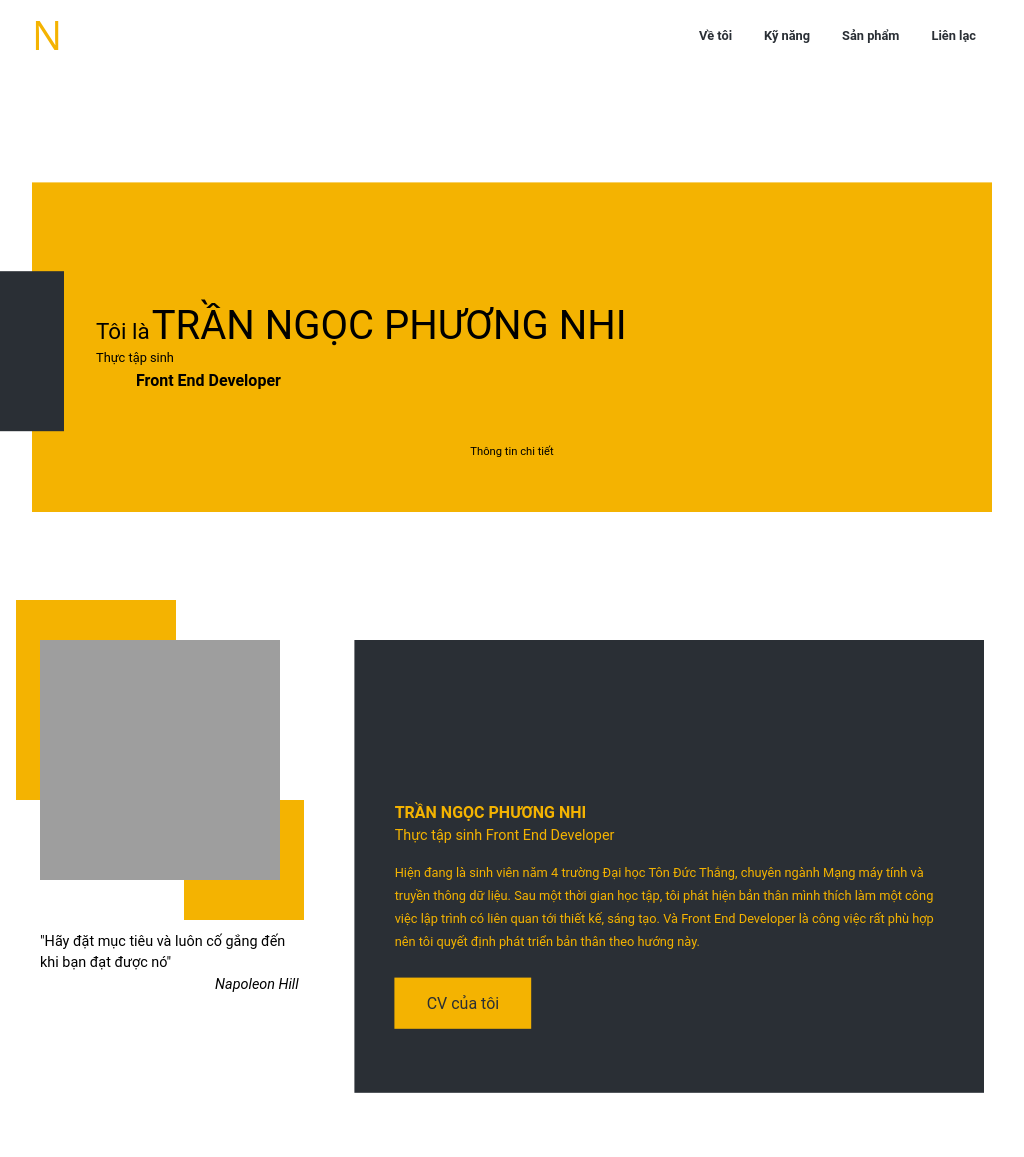
Repository: TranNgocPhuongNhi/my-portfolio
Page: index.html
These files come from the project's save history. The page is drawn as it stood at one moment and after a run of saves; the edit follows.
The browser window is 1280 px wide. The pictures show the whole page, at 80% of full size.
Pictures or frames that could not be fetched are drawn as grey boxes. Some icons come from a web library that is not loaded, so they are not drawn. Some web libraries are served in a nearby version.

Above is the page before, as saved 2021-07-04 16:54:03.

### index.html
<!DOCTYPE html>
<html lang="en">
<head>
    <meta charset="UTF-8">
    <meta http-equiv="X-UA-Compatible" content="IE=edge">
    <meta name="viewport" content="width=device-width, initial-scale=1.0">
    <title>My Portfolio</title>
    <link rel="stylesheet" href="https://pro.fontawesome.com/releases/v5.10.0/css/all.css" integrity="sha384-AYmEC3Yw5cVb3ZcuHtOA93w35dYTsvhLPVnYs9eStHfGJvOvKxVfELGroGkvsg+p" crossorigin="anonymous"/>
    <link rel="stylesheet" href="resources/css/main.css">
    <link rel="stylesheet" href="resources/css/responsive.css">
    <link rel="shortcut icon" href="favicon.ico">
</head>
<body>
    <header id="header">
        <nav class="header__nav">
            <div class="container">
                <div class="header__nav-content">
                    <!-- <img src="" alt="logo"> -->
                    <a href="#index.html" class="header__nav-logo">N</a>
                    <ul class="header__nav-list">
                        <li class="nav-item"><a href="#about">Về tôi</a></li>
                        <li class="nav-item"><a href="#skills">Kỹ năng</a></li>
                        <li class="nav-item"><a href="#products">Sản phẩm</a></li>
                        <li class="nav-item"><a href="#contact">Liên lạc</a></li>
                    </ul>
                </div>
            </div>
        </nav>
        <div class="container">
            <div class="header__info">
                <div class="header__info-content">
                    <div class="header__info-name">
                        <span>Tôi là</span>
                        <span class="header__info-fullname">trần ngọc phương nhi</span>
                    </div>
                    <div class="header__info-specialize">
                        <p>Thực tập sinh</p>
                        <p>Front End Developer</p>
                    </div>
                </div>
                <div class="header__info-more">
                    <p>Thông tin chi tiết</p>
                    <div class="header__info-down">
                        <a href="#about">
                            <i class="fal fa-chevron-double-down"></i>
                        </a>
                    </div>
                </div>
            </div>
        </div>

    </header>

    <!-- About me -->
    <section id="about">
        <div class="container">
            <div class="row">
                <div class="col-1-3 about__avatar">
                    <img src="https://media-cdn.laodong.vn/Storage/NewsPortal/2021/2/13/880159/Vuong-Bat-Bac-9.png" alt="my avatar" />
                    <div class="about__quote">
                        <p>"Hãy đặt mục tiêu và luôn cố gắng đến khi bạn đạt được nó"</p>
                        <p>Napoleon Hill</p>
                    </div>
                </div>
                <div class="col-3-1 about__content">
                    <div class="about__info">
                        <p>trần ngọc phương nhi</p>
                        <p>Thực tập sinh Front End Developer</p>
                    </div>
                    <p class="about__text">
                        Hiện đang là sinh viên năm 4 trường Đại học  Tôn Đức Thắng,
                        chuyên ngành Mạng máy tính và truyền thông dữ liệu. Sau một
                        thời gian học tập, tôi phát hiện bản thân mình thích làm một
                        công việc lập trình có liên quan tới thiết kế, sáng tạo. Và Front
                        End Developer là công việc rất phù hợp nên tôi quyết định phát
                        triển bản thân theo hướng này.
                    </p>
                    <a href="#" class="about__CV">CV của tôi</a>
                </div>
            </div>
        </div>
    </section>

</body>
</html>

### resources/css/main.css
:root {
    --primary1: #F4B301;
    --primary2: #2A2F35;
    --secondary: #F7F7F7;
    --white: #fff;
    --footer: #3B4046;
}

html {
    font-size: 62.5%;
    font-family: "Roboto", "Helvetica Neue", sans-serif;
    scroll-behavior: smooth;
}

* {
    padding: 0;
    margin: 0;
    box-sizing: border-box;
}

ul, li {
    list-style: none;
}

a {
    text-decoration: none;
}

.container {
    width: 120rem;
    max-width: 100%;
    margin: 0 auto;
}

.row {
    display: flex;
    position: relative;
}

.col-1-3 {
    width: calc(100% / 3);
}

.col-3-1 {
    width: calc(100% * 2 / 3);
}

/* ========================================= HEADER ============================= */
#header {
    height: 100vh;
    position: relative;
}

/* Scroll nav */
.nav-scroll {
    background-color: var(--white);
    box-shadow: 0 0.3rem 1.5rem rgba(0, 0, 0, 0.2);
}

.header__nav {
    padding: 1rem 0;
}

.header__nav-content {
    display: flex;
    justify-content: space-between;
    align-items: center;
}

.header__nav-logo {
    font-size: 5rem;
    font-family: 'Open Sans';
    color: var(--primary1);
}

.header__nav-list {
    display: flex;
}

.nav-item {
    padding: 0 2rem;
}

.nav-item a{
    font-size: 1.6rem;
    font-weight: 600;
    color: var(--primary2);
}

.nav-item a:hover {
    border-bottom: 0.3rem solid var(--primary1);
    animation: toRight 0.4s ease;
}

.header__info {
    background-color: var(--primary1);
    padding: 15rem 8rem;
    position: relative;
    top: 14rem;
}

.header__info::before {
    content: '';
    display: block;
    width: 8rem;
    height: 20rem;
    background-color: var(--primary2);
    position: absolute;
    top: 27%;
    left: -4rem;
}

.header__info-name span:first-child{
    font-size: 2.8rem;
}

.header__info-fullname {
    font-size: 5rem;
    text-transform: uppercase;
}

.header__info-specialize {
    line-height: 1.5;
}

.header__info-specialize p:first-child {
    font-size: 1.6rem;
}

.header__info-specialize p:last-child {
    font-size: 2rem;
    font-weight: bold;
    margin-left: 5rem;
}

.header__info-more {
    text-align: center;
    font-size: 1.4rem;
    line-height: 2;
    position: absolute;
    top: 85%;
    left: 50%;
    transform: translate(-50%, -50%);
}

.header__info-down:hover {
    width: 5rem;
    height: 5rem;
    line-height: 3.5;
    border-radius: 50%;
    border: 2px solid var(--white);
    margin: 0 auto;
    cursor: pointer;
}

.fa-chevron-double-down {
    color: var(--white);
}

/* =========================================== ABOUT ME ====================================== */
#about {
    height: 100vh;
    margin: 0 5rem;
}

.about__avatar,
.about__content {
    margin: 8rem 0;
}

.about__avatar img {
    width: 30rem;
    height: 30rem;
}

.about__avatar::before {
    content: '';
    display: block;
    width: 20rem;
    height: 25rem;
    background-color: var(--primary1);
    position: absolute;
    top: 3rem;
    left: -3rem;
    z-index: -1;
}

.about__avatar::after {
    content: '';
    display: block;
    width: 15rem;
    height: 15rem;
    background-color: var(--primary1);
    position: absolute;
    top: 28rem;
    left: 18rem;
    z-index: -1;
}

.about__quote {
    font-size: 1.8rem;
    margin: 6rem 7rem 6rem 0;
    line-height: 1.5;
}

.about__quote p:last-child {
    text-align: right;
    font-style: italic;
}

.about__content {
    background-color: var(--primary2);
    padding: 10rem 5rem;
}

.about__content::before {
    content: '';
    display: block;
    width: 10rem;
    height: 10rem;

}

.about__info {
    font-size: 1.8rem;
    color: var(--primary1);
    line-height: 1.5;
    margin-bottom: 2rem;
}

.about__info p:first-child {
    font-size: 2rem;
    text-transform: uppercase;
    font-weight: bold;
}

.about__text {
    color: var(--primary1);
    font-size: 1.6rem;
    line-height: 1.8;
    margin-bottom: 5rem;
}

.about__CV {
    color: var(--primary2);
    font-size: 2rem;
    background-color: var(--primary1);
    padding: 2rem 4rem;
}

/* =========================================== MY SKILLS ====================================== */



/* =========================================== MY PRODUCTS ====================================== */



/* =========================================== CONTACT ME ====================================== */



/* =========================================== ANIMATION ====================================== */
@keyframes toRight {
    0% {
        /* opacity: 0; */
        transform: translateX(-100%);
    }
    100% {
        /* opacity: 1; */
        transform: translateX(0%);
    }
}

### resources/css/responsive.css

/* Large devices (desktops, less than 1200px) */
@media (max-width: 1199.98px) {

}

/* Medium devices (tablets, less than 992px) */
@media (max-width: 991.98px) {

}

/* Small devices (landscape phones, less than 768px) */
@media (max-width: 767.98px) {

}

/* Extra small devices (portrait phones, less than 576px) */
@media (max-width: 575.98px) {

}

After the next 2 saves:
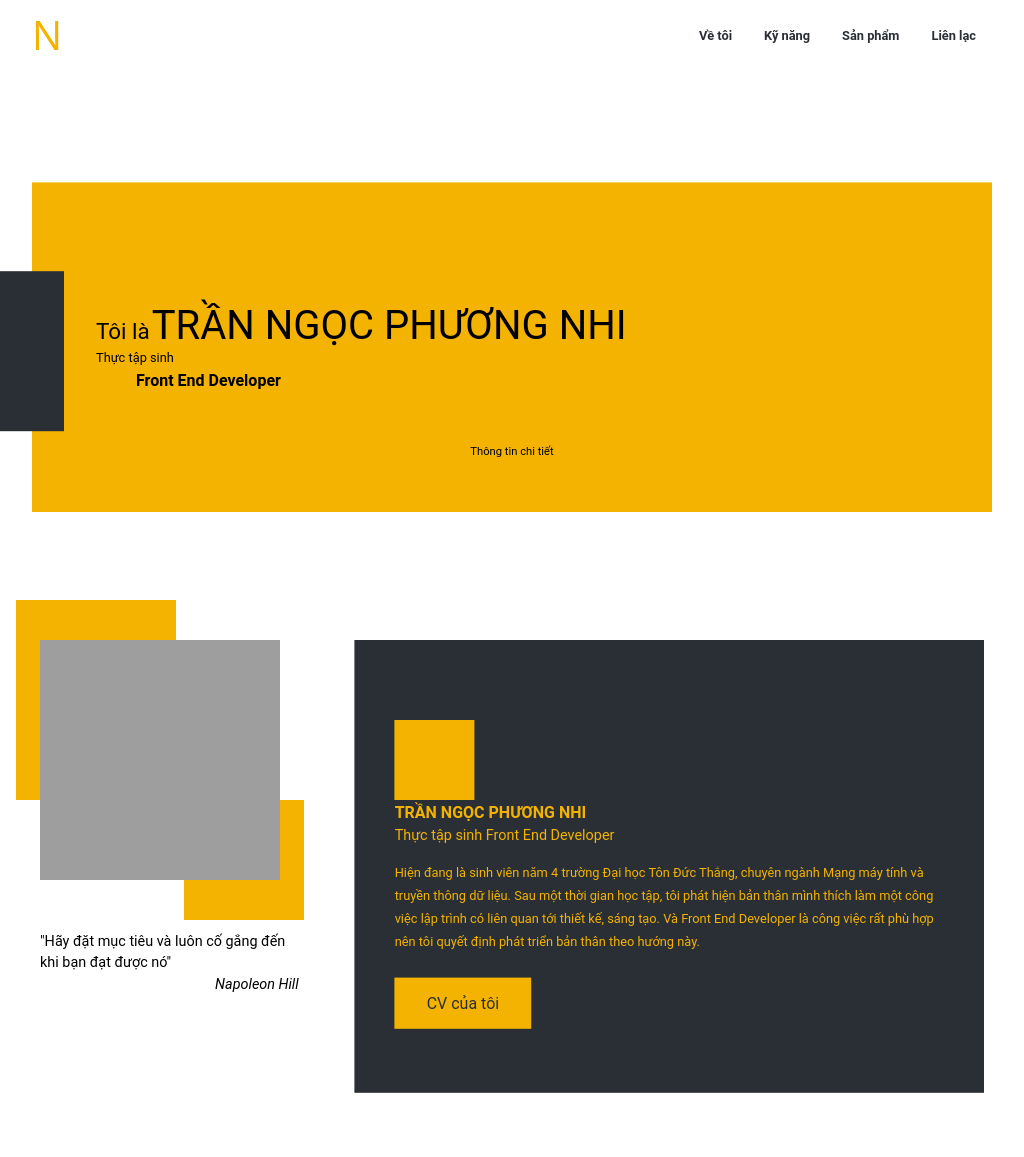
The 2 saves are shown as one change because they came seconds apart.
The last was saved 8 s later.
--- a/resources/css/main.css
+++ b/resources/css/main.css
@@ -218,7 +218,7 @@ a {
     display: block;
     width: 10rem;
     height: 10rem;
-
+    background-color: var(--primary1);
 }
 
 .about__info {
